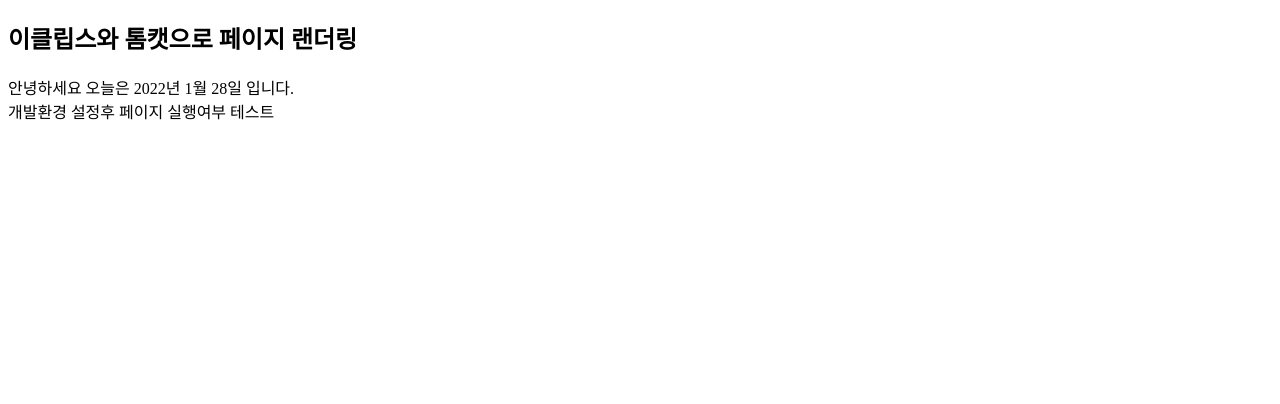
Repository: djdh94/jsp_practice
Page: http://localhost/JSPBasic/Hello.jsp
The author's editor kept a copy of each file at every save. The page is drawn from the files as they stood at one save, then again after the next save.
The browser window is 1280 px wide. The pictures show the whole page.
The page is served by Tomcat 9. Other server files are loaded and not shown.

Above is the page before, as saved 2022-01-28 01:48:34.

### JSPBasic/src/main/webapp/Hello.jsp
<%@ page language="java" contentType="text/html; charset=UTF-8"
    pageEncoding="UTF-8"%>
<!DOCTYPE html>
<html>
<head>
<meta charset="UTF-8">
<title>JSP 1일차 공부</title>
</head>
<body>
	<h2>이클립스와 톰캣으로 페이지 랜더링</h2>
	<p>
	안녕하세요 오늘은 2022년 1월 28일 입니다.<br/>
	개발환경 설정후 페이지 실행여부 테스트
	</p>
</body>
</html>

After the next save:
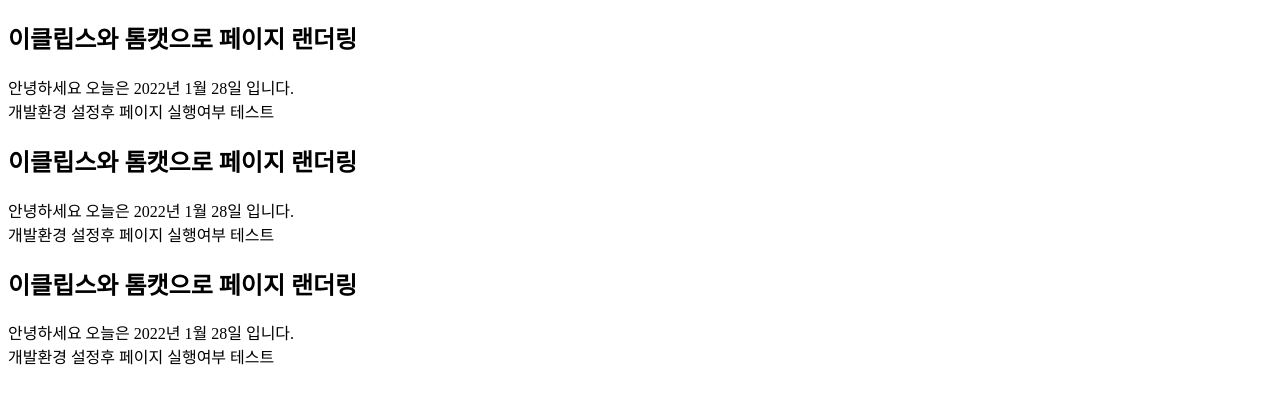
Saved 18 min 51 s later.
--- a/JSPBasic/src/main/webapp/Hello.jsp
+++ b/JSPBasic/src/main/webapp/Hello.jsp
@@ -12,5 +12,15 @@
 	안녕하세요 오늘은 2022년 1월 28일 입니다.<br/>
 	개발환경 설정후 페이지 실행여부 테스트
 	</p>
+	<h2>이클립스와 톰캣으로 페이지 랜더링</h2>
+	<p>
+	안녕하세요 오늘은 2022년 1월 28일 입니다.<br/>
+	개발환경 설정후 페이지 실행여부 테스트
+	</p>
+	<h2>이클립스와 톰캣으로 페이지 랜더링</h2>
+	<p>
+	안녕하세요 오늘은 2022년 1월 28일 입니다.<br/>
+	개발환경 설정후 페이지 실행여부 테스트
+	</p>
 </body>
 </html>
